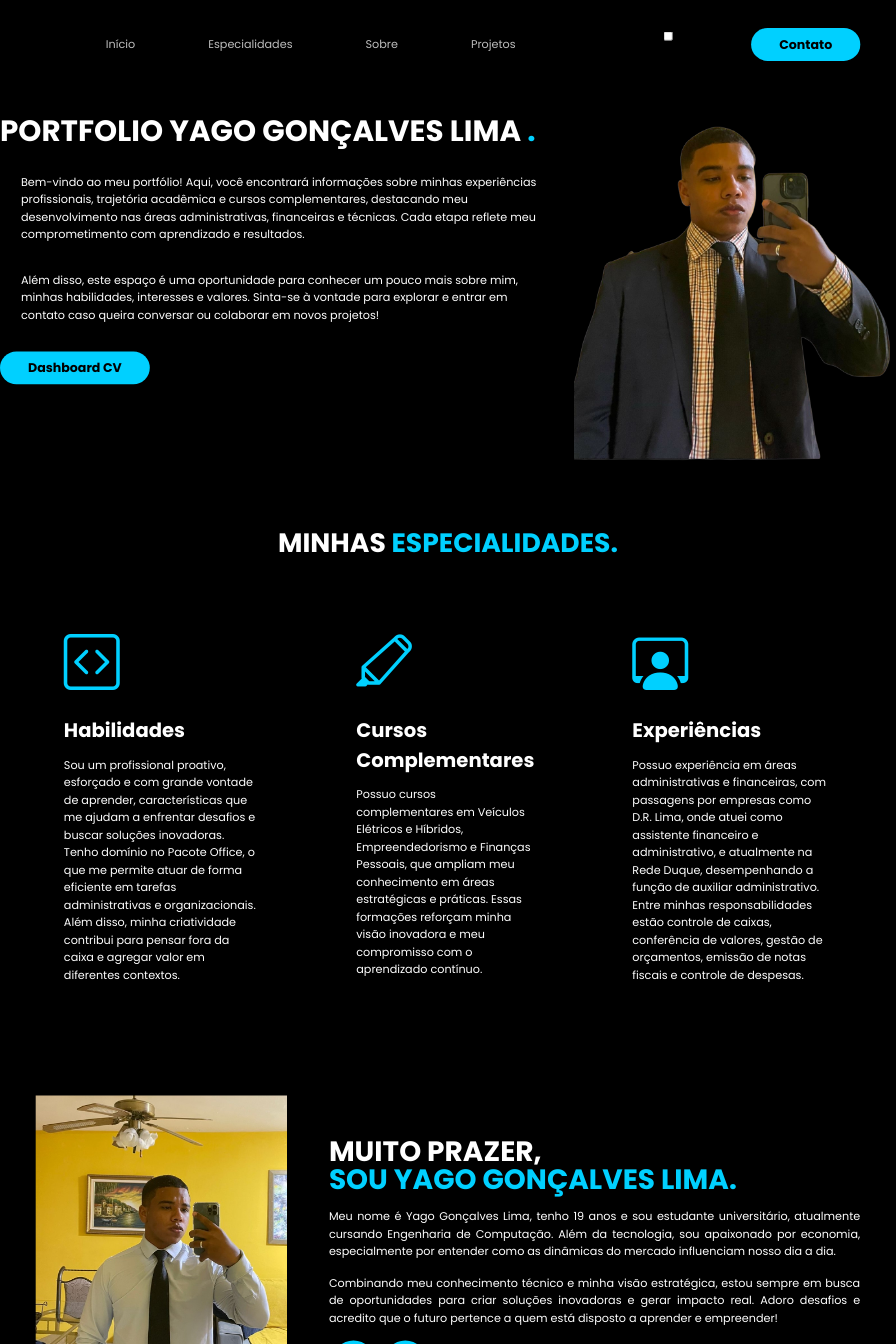
Repository: yagolima1511/Portfolio
Page: index.html
The author's editor kept a copy of each file at every save. The page is drawn from the files as they stood at one save, then again after a run of saves.
The browser window is 1280 px wide. The pictures show the part of the page from y = 0 to 1920 px (the page is 3476 px tall before and 3501 px after), at 70% of full size.

Above is the page before, as saved 2025-03-03 21:05:50.

### index.html
<!DOCTYPE html>
<html lang="pt-br">
<head>
    <meta charset="UTF-8">
    <meta name="viewport" content="width=device-width, initial-scale=1.0">
    <link rel="preconnect" href="https://fonts.googleapis.com">
<link rel="preconnect" href="https://fonts.gstatic.com" crossorigin>
<link href="https://fonts.googleapis.com/css2?family=Cabin:ital,wght@0,400..700;1,400..700&family=Poppins:ital,wght@0,100;0,200;0,300;0,400;0,500;0,600;0,700;0,800;0,900;1,100;1,200;1,300;1,400;1,500;1,600;1,700;1,800;1,900&display=swap" rel="stylesheet">
<link rel="stylesheet" href="https://cdn.jsdelivr.net/npm/bootstrap-icons@1.11.3/font/bootstrap-icons.min.css">
    <link rel="stylesheet" href="style.css">
    <link rel="icon" href="imagens.portifolio/logo_yago_sem_fundo.png">
    <title>Yago Gonçalves Lima</title>
</head>
<body>

    <header>
        <div class="interface">
             <nav>
                <nav class="menu-desktop">
                    <ul>
                        <li><a href="#início">Início</a></li>
                        <li><a href="#especialidades">Especialidades</a></li>
                        <li><a href="#sobre">Sobre</a></li>
                        <li><a href="#projetos">Projetos</a></li>
                    </ul>
                </nav>
             </nav>
             <!-- MENU MOBILE-->
              <div class="menu-mobile">
                <input type="checkbox" id="menu-toggle">

              </div>

             <div class="btn-contato">
                <a href="https://api.whatsapp.com/send?phone=5511951423405">
                    <button>Contato</button>
                </a>
             </div>
        </div><!--INTERFACE-->
    </header>

    <main>
        <section id="início">
        <section class="topo-do-site">
            <div class="interface">
                <div class="flex">
                    <div class="txt-topo-site">
                       <h1>PORTFOLIO YAGO GONÇALVES LIMA <span>.</span></h1>
                       <p>Bem-vindo ao meu portfólio! Aqui, você encontrará informações sobre minhas experiências profissionais, trajetória acadêmica e cursos complementares, destacando meu desenvolvimento nas áreas administrativas, financeiras e técnicas. Cada etapa reflete meu comprometimento com aprendizado e resultados.</p>
                       <p>Além disso, este espaço é uma oportunidade para conhecer um pouco mais sobre mim, minhas habilidades, interesses e valores. Sinta-se à vontade para explorar e entrar em contato caso queira conversar ou colaborar em novos projetos!</p>

                       <div class="btn-contato">
                        <a href="https://www.canva.com/design/DAGZft-klJw/L4ZIEv-Um3k0rW6E9iZL9g/edit?utm_content=DAGZft-klJw&utm_campaign=designshare&utm_medium=link2&utm_source=sharebutton">
                            <button>Dashboard CV</button>
                        </a>
                       </div>
                    </div>
                    <div class="img-topo-site">
                        <img id="img-home" src="imagens.portifolio/yago sem fundo.png" alt="" class="tamanho-fixo">

                    </div>
                </div>
            </div>
        </section>
    </section>
        <section id="especialidades">

        <section class="especialidades">
            <div class="interface">
                <h2 class="titulo">MINHAS <span>ESPECIALIDADES.</span></h2>
                <div class="flex">
                     <div class="especialidades-box">
                     <i class="bi bi-code-square"></i>
                     <h3>Habilidades</h3>
                     <p>Sou um profissional proativo, esforçado e com grande vontade de aprender, características que me ajudam a enfrentar desafios e buscar soluções inovadoras. Tenho domínio no Pacote Office, o que me permite atuar de forma eficiente em tarefas administrativas e organizacionais. Além disso, minha criatividade contribui para pensar fora da caixa e agregar valor em diferentes contextos.</p>
                </div>


                     <div class="especialidades-box">
                        <i class="bi bi-highlighter"></i>
                     <h3>Cursos Complementares</h3>
                     <p>Possuo cursos complementares em Veículos Elétricos e Híbridos, Empreendedorismo e Finanças Pessoais, que ampliam meu conhecimento em áreas estratégicas e práticas. Essas formações reforçam minha visão inovadora e meu compromisso com o aprendizado contínuo.</p>
                </div>

                     <div class="especialidades-box">
                        <i class="bi bi-person-workspace"></i>
                     <h3>Experiências</h3>
                     <p>Possuo experiência em áreas administrativas e financeiras, com passagens por empresas como D.R. Lima, onde atuei como assistente financeiro e administrativo, e atualmente na Rede Duque, desempenhando a função de auxiliar administrativo. Entre minhas responsabilidades estão controle de caixas, conferência de valores, gestão de orçamentos, emissão de notas fiscais e controle de despesas.
                    </p>
                </div>
            </div>
        </section>
    </section>
             <section id="sobre">
                    <section class="sobre">
                        <div class="interface">
                            <div class="flex">
                                <div class="img-sobre">
                                    <img src="imagens.portifolio/camisa gravata.jpeg" alt="" class="tamanho-fixo">
                                </div>
                                <div class="txt-sobre">
                                      <h2>MUITO PRAZER,<span> SOU YAGO GONÇALVES LIMA.</span> </h2>
                                          <p>Meu nome é Yago Gonçalves Lima, tenho 19 anos e sou estudante universitário, atualmente cursando Engenharia de Computação. Além da tecnologia, sou apaixonado por economia, especialmente por entender como as dinâmicas do mercado influenciam nosso dia a dia.</p>
                                          <p>Combinando meu conhecimento técnico e minha visão estratégica, estou sempre em busca de oportunidades para criar soluções inovadoras e gerar impacto real. Adoro desafios e acredito que o futuro pertence a quem está disposto a aprender e empreender!</p>
                                          <div class="btn-social">

                                                <a href="https://api.whatsapp.com/send?phone=5511951423405"><button><i class="bi bi-whatsapp"></i></button></a>
                                                <a href="https://www.linkedin.com/in/yago-lima-50758a299?utm_source=share&utm_campaign=share_via&utm_content=profile&utm_medium=ios_app"><button><i class="bi bi-linkedin"></i></button></a>

                                          </div>
                                </div>

                            </div>
                        </div>
                    </section>
                </section>
                    <section id="projetos">

                    <section class="projetos">
                        <div class="interface">
                            <h2><h2 class="titulo">PROJETO <span>DESENVOLVIDO.</span></h2></h2>

                           <div class="flex">
                            <div class="img-proj" style="background-image: url(imagens.portifolio/WhatsApp\ Image\ 2024-12-10\ at\ 22.25.13.jpeg);">
                                <div class="overlay">Projeto AlphaTec</div>
                            </div>
                            <div class="img-proj" style="background-image: url(imagens.portifolio/WhatsApp\ Image\ 2024-12-10\ at\ 22.20.26.jpeg);">
                                <div class="overlay">Projeto AlphaTec</div>
                            </div>
                            <div class="img-proj" style="background-image: url(imagens.portifolio/WhatsApp\ Image\ 2024-12-10\ at\ 22.20.24.jpeg);">
                                <div class="overlay">Projeto AlphaTec</div>

                            </div>
                           </div>
                        </div>

                        <section class="projeto">
                            <div class="interface">
                                <div class="flex">
                        <div class="txt-paragrafo-projeto">
                                <p>Juntamente com meus colegas de faculdade, desenvolvemos o Projeto AlphaTec. O projeto do carrinho autônomo com Arduino é uma aplicação simples de robótica, onde o objetivo principal é criar um veículo que detecte obstáculos e mude de direção automaticamente usando um sensor ultrassônico. Aqui está uma explicação didática e direta sobre os principais componentes e funcionamento:</p>

                        </div> <!--txt-->
                    </div>
                            </div><!--INTERFACE-->



                     </section>


                     <ul>
                        <li>
                            Arduino: É o "cérebro" do carrinho, responsável por processar as informações do sensor ultrassônico e controlar os motores.
                        <li>

                                Sensor Ultrassônico (HC-SR04): Detecta obstáculos à frente, medindo a distância usando ondas sonoras.
                            </li>
                            <li>
                                Motores e Ponte H (L298N): Movem o carrinho e permitem controlar o sentido de rotação (para frente, para trás ou virar).
                            </li>
                            <li>
                                Baterias/Pilhas: Alimentam o Arduino e os motores.
                            </li>
                            <li>
                                Estrutura do Carrinho: Uma base com rodas onde os componentes são fixados
                            </li>
                        </ul>

                    </section>
                </section>


    </main>
    <footer>
        <div class="interface">
            <div class="line-footer">
                <div class="flex">
                <div class="btn-social">

                    <a href="https://api.whatsapp.com/send?phone=5511951423405"><button><i class="bi bi-whatsapp"></i></button></a>
                    <a href="https://www.linkedin.com/in/yago-lima-50758a299?utm_source=share&utm_campaign=share_via&utm_content=profile&utm_medium=ios_app"><button><i class="bi bi-linkedin"></i></button></a>

              </div>
            </div>
            </div>
                <div class="line-footer borda">
                    <p><i class="bi bi-envelope-fill"></i> <a href="mailto:goncalveslima2005@gmail.com">goncalveslima2005@gmail.com</a></p>

            </div>

        </div>
    </footer>
</body>
</html>

### style.css
/*ESTILO GERAL*/
html {
    scroll-behavior: smooth;
}

*{
    margin: 0;
    padding: 0;
    box-sizing: 0;
    font-family: "Poppins", serif;
}

body{
    background-color: black;
    height: 100vh;
}

.interface{
    max-width: 1280px;
    margin: 0 auto;
}

.flex{
    display: flex;
}

.btn-contato button{
    padding: 10px 40px;
    font-size: 18px;
    font-weight: 700;
    background-color: #00d0ff;
    border: 0;
    border-radius: 30px;
    cursor: pointer;
    transition: .2s;
}

h2.titulo{
    color: white;
    font-size: 38px;
    text-align: center;
}

h2.titulo span{
    color: #00d0ff;
}

 button:hover{
    box-shadow: 0px 0px 8px #00d0ff;
    transform: scale(1.05);
}

/* ESTILO DO CABEÇALHO */
header{
    padding: 40px 4%;
}

header > .interface{
    display: flex;
    align-items: left;
    justify-content: space-between;
}

header a{
    color: #7d7d7d;
    text-decoration: none;
    display: inline-block;
    transition: .2s;
}

header a:hover{
    color:#fff;
    transform: scale(1.05);
}

header nav ul{
    list-style-type: none;
}

header nav ul li{
    display: inline-block;
    padding: 0 50px;
}

/* ESTILO DO TOPO DO SITE */
section.topo-do-site{
    padding: 40px 0%;
}

section.top-do-site.flex{
    align-items: center;
    justify-content: center;
    gap: 90px;
}

.topo-do-site h1{
    color: white;
    font-size: 42px;
    line-height: 40px;
}

.txt-topo-site span{
    color: #00d0ff;
}

.topo-do-site .txt-topo-site p{
    color: white;
    margin: 40px 30px;

}

.topo-do-site .img-topo-site img{
    position: relative;
    animation: flutuar 2s ease-in-out infinite alternate;
}

@keyframes flutuar{
    0%{
        top: 0;
    }
    100%{
        top: 30px;
    }
}

/* ESPECIALIDADES */
section.especialidades{
    padding: 40px 4%;
}

section.especialidades .flex{
    gap: 60px;
}

.especialidades .especialidades-box{
    color: white;
    padding: 40px;
    border-radius: 20px;
    margin-top: 45px;
    transition: .2s;
}

.especialidades .especialidades-box:hover{
    transform: scale(1.05);
    box-shadow: 0 0 8px #ffffff78;
}

.especialidades .especialidades-box i{
    font-size: 80px;
    color: #00d0ff;
}

.especialidades .especialidades-box h3{
   font-size: 28px;
   margin: 15px 0;
}

/* ESTILO SOBRE */
section.sobre{
    padding: 80px 4%;
}

section.sobre .flex{
    align-items: center;
    gap: 60px;
}

.sobre .txt-sobre{
    color: white;
    line-height: 40px;
    margin-bottom: 30px;
}

.sobre .txt-sobre h2{
    font-size: 40px;
}

.sobre .txt-sobre h2 span{
    color: #00d0ff;
    display: block;
}

.sobre .txt-sobre p{
     margin: 20px 0;
     text-align: justify;
     line-height: 25px;
}

 .btn-social button{
     width: 60px;
     height: 60px;
     border-radius: 50%;
     border: none;
     background-color: #00d0ff;
     font-size: 22px;
     cursor: pointer;
     margin: 0 5px;
     transition: 2.s;
}

/* ESTILO DO PORTIFÓLIO */
section.projetos{
     padding: 80px 4%;
     box-shadow: 0 0 40px 10px rgba(255, 255, 255, 0.107);
}

section.projetos .flex{
    justify-content: space-around;
    margin-top: 60px;
}

.img-proj{
    width: 360px;
    height: 460px;
    background-size: cover;
    background-position: 100% 0%;
    transition: 1s;
    cursor: pointer;
    border-radius: 40px;  /* DEIXA A FOTO C ASA BORDAS REDONDAS */
    position: relative;
}

.img-proj:hover{
    background-position: 100% 100%;
}


.overlay{
    position: absolute;
    top: 0;
    left: 0;
    width: 100%;
    height: 100%;
    background-color: #010d01c3;
    border-radius: 40px;
    display: flex;
    align-items: center;
    justify-content: center;
    font-size: 24px;
    font-weight: 600;
    color: white;
    opacity: 0;
    transition: .5s;
}

.overlay:hover{
    opacity: 1;
}

.txt-paragrafo-projeto p{
    color: white;
    margin-bottom: 20px;
}

ul{
    list-style-position: inside;
    color: white;
    padding: 10px 50px;
}

/* ESTILO DO RODAPÉ */

footer{
    padding: 60px 4%;
    box-shadow: 0 0 40px 10px rgba(255, 255, 255, 0.090);
}

footer .flex{
    justify-content: space-between;
}

footer .line-footer{
    padding: 20px 0;
}

.borda{
    border-top: 2px solid #00d0ff;
}

footer .line-footer p i{
    color: #00d0ff;
    font-size: 22px;
}

footer .line-footer p a{
    color: white;
}

footer .line-footer p{
    text-align: right;
}



@media screen and (max-width: 1041.60px){
    /*classes gerais*/

    .flex{
        flex-direction: column-reverse;
    }

    h2.titulo{
        font-size: 34px;
        line-height: 40px;
    }

    /*cabeçalho*/
    .menu-desktop, .btn-contato{
        display: none;
    }

    .img-topo-site {
        display: none;
    }

    .txt-topo-site h1{
        margin: 7px;
        text-align: center;
        font-size: 35px;
    }

    /*topo do site*/

    section.top-do-site .flex{
        gap: 40px;

    section.topo-do-site{
        padding: 20px 8%;
    }


    .topo-do-site h1{
        font-size: 30px;
    }


    .topo-do-site .img-topo-site img{
        width: 100%;

    }
}
    /* ESPECIALIDADES */
section.especialidades{
    padding: 40px 8%;
    flex-direction: column;
}
/* SOBRE */
section.sobre{
    padding: 80px 8%;
}
.sobre .txt-sobre h2{
    font-size: 35px;
    line-height: 35px;
    text-align: center;
}
.btn-social{
    text-align: center;
}

.img-sobre img{
    width: 100%;
}

/* PROJETO*/
section.projetos{
    padding: 80px 8%;
}
.img-proj{
    width: 100%;
    max-width: 360px;
    margin: 0 auto;

}

section.projetos .flex{
   gap: 60px;
}
footer .flex{
    flex-direction: column;
}

footer .line-footer p{
    text-align: center;
}


}

.tamanho-fixo{


    height: 492px;
}

header a {
    color: #bdbdbd;
    text-decoration: none;
    display: inline-block;
    transition: .2s;
}

After the next 3 saves:
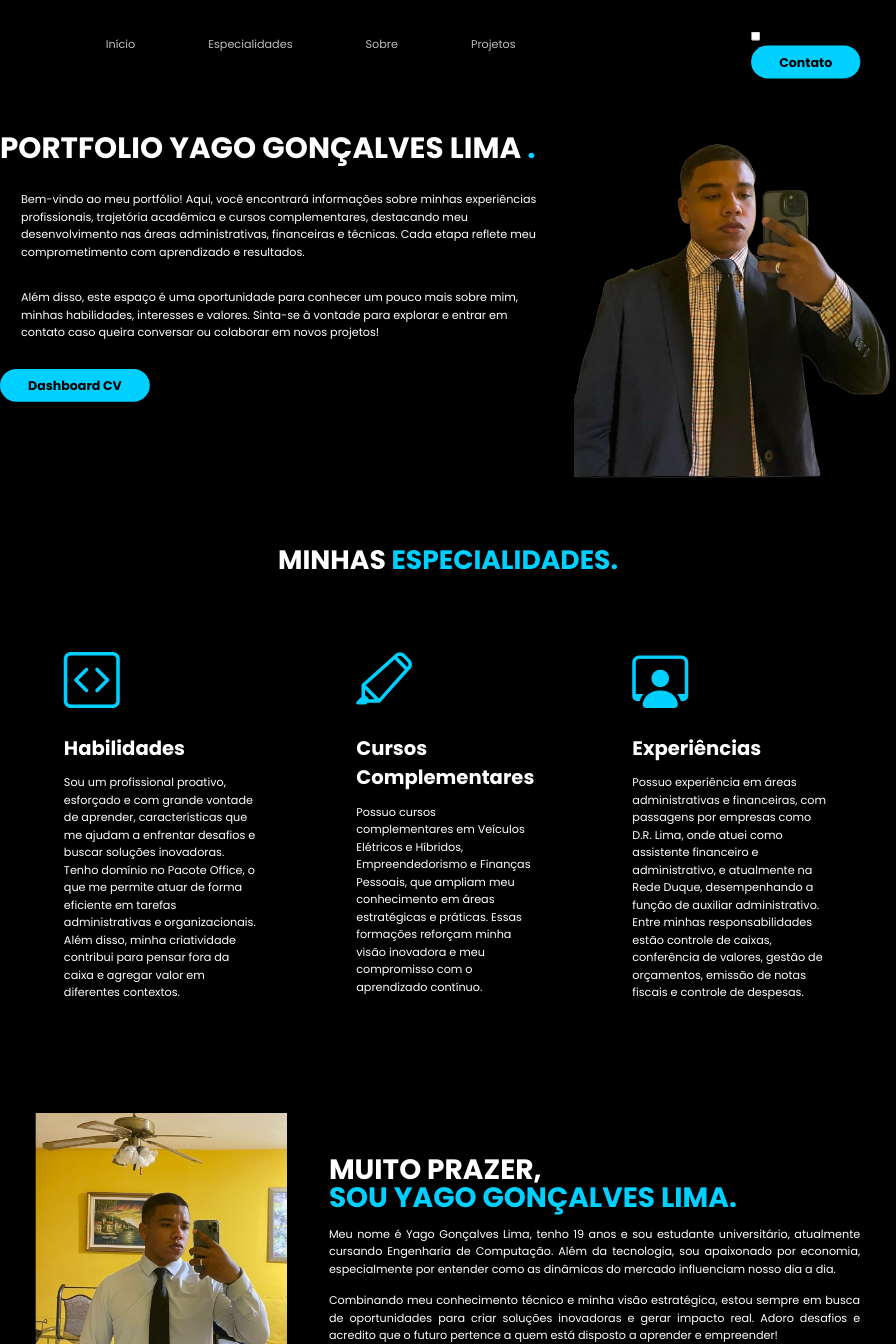
The 3 saves are shown as one change because they came seconds apart.
The last was saved 10 s later.
--- a/index.html
+++ b/index.html
@@ -28,7 +28,7 @@
              <!-- MENU MOBILE-->
               <div class="menu-mobile">
                 <input type="checkbox" id="menu-toggle">
-
+                <label aria-flowto=""
               </div>
 
              <div class="btn-contato">
